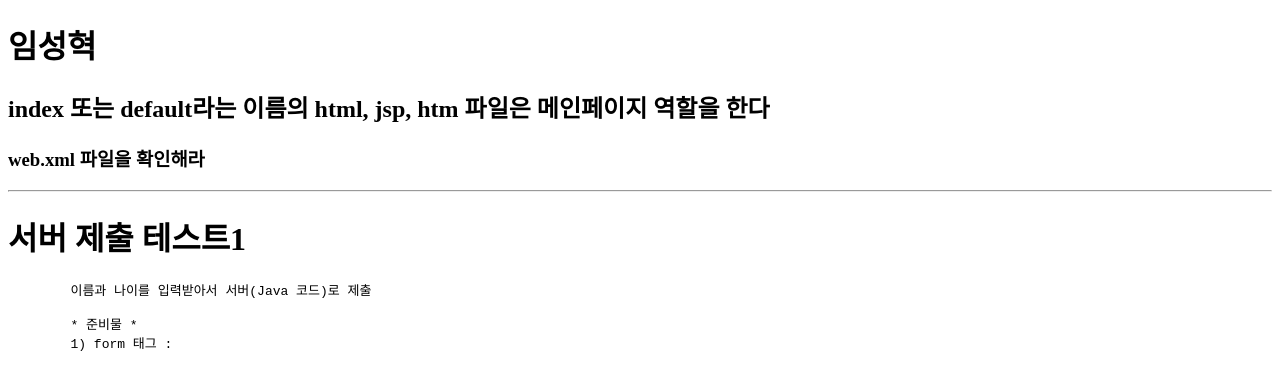
Repository: limbit95/05_Server
Page: ServletProject/src/main/webapp/index.html
These files come from the project's save history. The page is drawn as it stood at one moment and after the next save; the edit follows.
The browser window is 1280 px wide. The pictures show the whole page.

Above is the page before, as saved 2024-03-21 02:35:25.

After the next save:
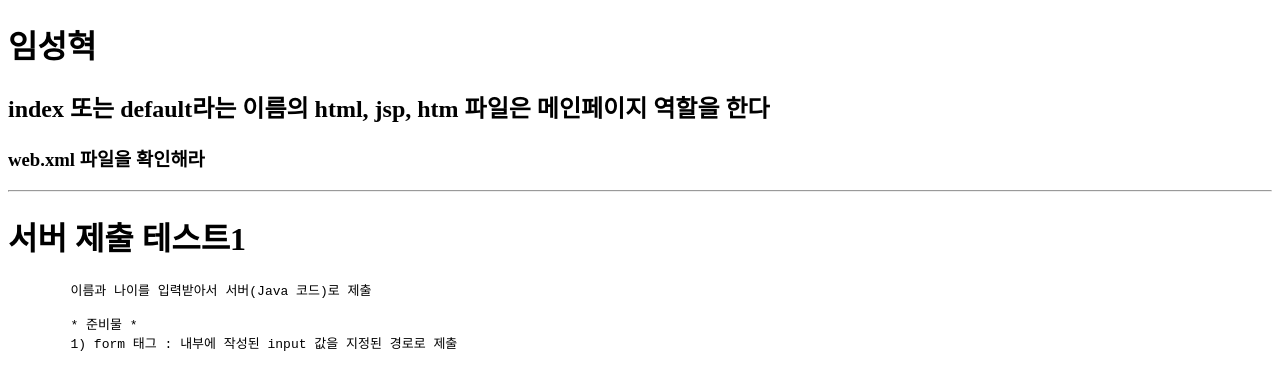
Saved 15 s later.
--- a/ServletProject/src/main/webapp/index.html
+++ b/ServletProject/src/main/webapp/index.html
@@ -17,7 +17,7 @@
     	이름과 나이를 입력받아서 서버(Java 코드)로 제출
 
     	* 준비물 *
-    	1) form 태그 :
+    	1) form 태그 : 내부에 작성된 input 값을 지정된 경로로 제출
     </pre>
 </body>
 </html>
